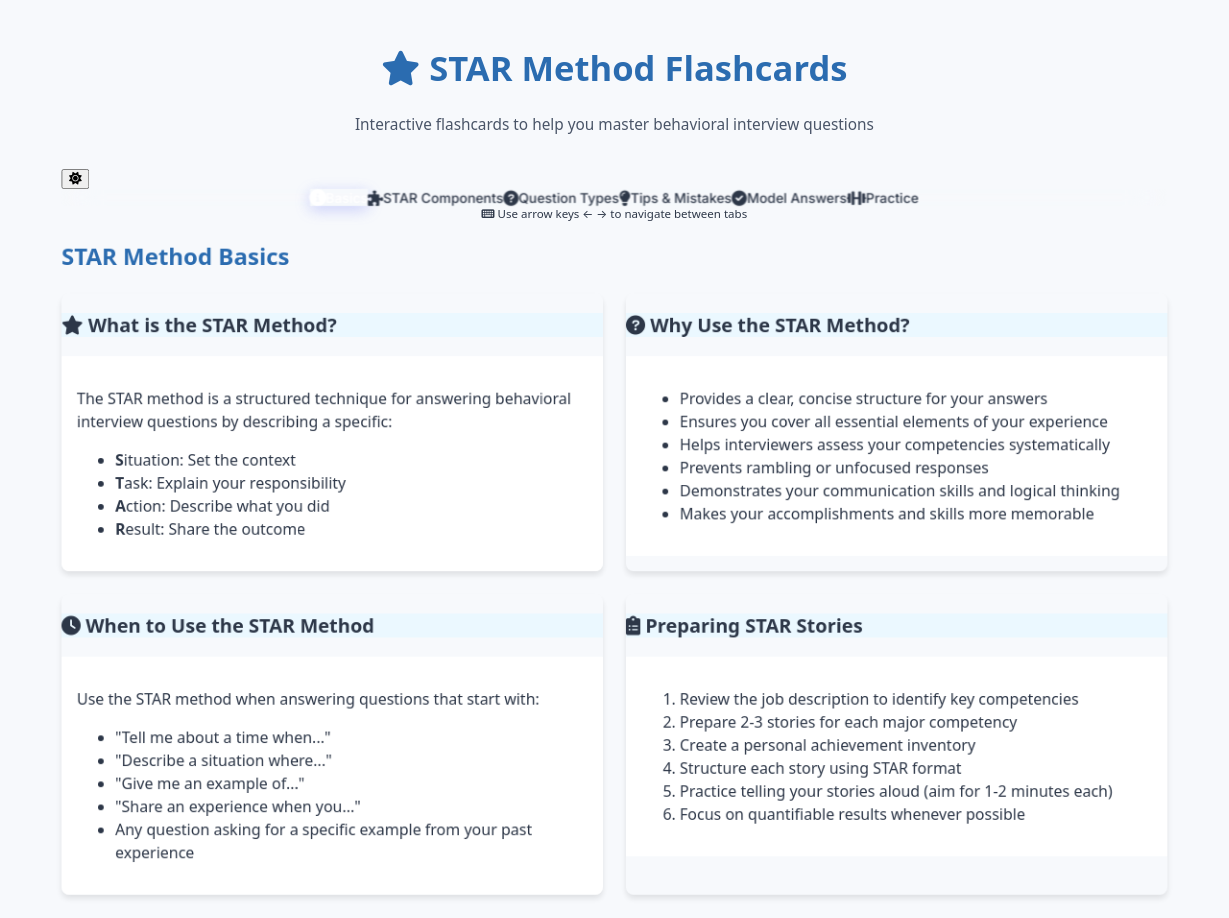
Repository: Clementjatts/star-interview-flashcards
Page: index.html
The author's editor kept a copy of each file at every save. The page is drawn from the files as they stood at one save, then again after the next save.
The browser window is 1280 px wide. The pictures show the whole page, at 96% of full size.

Above is the page before, as saved 2025-05-02 20:51:08.

### index.html
<!DOCTYPE html>
<html lang="en" data-theme="dark">

<head>
    <meta charset="UTF-8">
    <meta name="viewport" content="width=device-width, initial-scale=1.0">
    <meta name="description"
        content="Master the STAR method for behavioral interviews with interactive flashcards, practice questions, and model answers.">
    <meta name="keywords" content="STAR method, behavioral interview, job interview, interview preparation, flashcards">
    <title>STAR Method Flashcards - Master Behavioral Interviews</title>

    <!-- Google Fonts -->
    <link rel="preconnect" href="https://fonts.googleapis.com">
    <link rel="preconnect" href="https://fonts.gstatic.com" crossorigin>
    <link href="https://fonts.googleapis.com/css2?family=Inter:wght@400;500;600;700;800&display=swap" rel="stylesheet">

    <!-- Font Awesome Icons -->
    <link rel="stylesheet" href="https://cdn.jsdelivr.net/npm/@fortawesome/fontawesome-free@6.0.0/css/all.min.css">

    <!-- Styles -->
    <link rel="stylesheet" href="styles/main.css">
</head>

<body>
    <div class="max-w-6xl mx-auto">
        <!-- Header Section -->
        <header class="header-container">
            <h1>
                <i class="fas fa-star" style="color: var(--accent-primary);"></i>
                STAR Method Flashcards
            </h1>
            <p class="intro">Interactive flashcards to help you master behavioral interview questions</p>

            <!-- Theme Toggle -->
            <div class="header-actions">
                <button class="theme-toggle" id="themeToggle" aria-label="Toggle dark/light mode" title="Toggle theme">
                    <i class="fas fa-moon"></i>
                </button>
            </div>
        </header>

        <!-- Progress Bar -->
        <div class="progress-container" role="progressbar" aria-valuenow="1" aria-valuemin="1" aria-valuemax="6">
            <div class="progress-bar" id="progressBar"></div>
        </div>

        <!-- Tab Navigation -->
        <nav class="tab-button-container" role="tablist" aria-label="STAR Method sections">
            <button class="tab-button active" onclick="openTab(event, 'basics')" role="tab" aria-selected="true"
                aria-controls="basics" id="tab-basics">
                <i class="fas fa-info-circle"></i>
                <span>Basics</span>
            </button>
            <button class="tab-button" onclick="openTab(event, 'components')" role="tab" aria-selected="false"
                aria-controls="components" id="tab-components">
                <i class="fas fa-puzzle-piece"></i>
                <span>STAR Components</span>
            </button>
            <button class="tab-button" onclick="openTab(event, 'questions')" role="tab" aria-selected="false"
                aria-controls="questions" id="tab-questions">
                <i class="fas fa-question-circle"></i>
                <span>Question Types</span>
            </button>
            <button class="tab-button" onclick="openTab(event, 'tips')" role="tab" aria-selected="false"
                aria-controls="tips" id="tab-tips">
                <i class="fas fa-lightbulb"></i>
                <span>Tips & Mistakes</span>
            </button>
            <button class="tab-button" onclick="openTab(event, 'examples')" role="tab" aria-selected="false"
                aria-controls="examples" id="tab-examples">
                <i class="fas fa-check-circle"></i>
                <span>Model Answers</span>
            </button>
            <button class="tab-button" onclick="openTab(event, 'practice')" role="tab" aria-selected="false"
                aria-controls="practice" id="tab-practice">
                <i class="fas fa-dumbbell"></i>
                <span>Practice</span>
            </button>
        </nav>

        <p class="keyboard-hint">
            <i class="fas fa-keyboard"></i> Use arrow keys ← → to navigate between tabs
        </p>

        <!-- Tab Content -->
        <main>
            <div id="basics" class="tab-content active" role="tabpanel" aria-labelledby="tab-basics">
                <!-- Content will be loaded from components/basics.html -->
            </div>

            <div id="components" class="tab-content" role="tabpanel" aria-labelledby="tab-components">
                <!-- Content will be loaded from components/components.html -->
            </div>

            <div id="questions" class="tab-content" role="tabpanel" aria-labelledby="tab-questions">
                <!-- Content will be loaded from components/questions.html -->
            </div>

            <div id="tips" class="tab-content" role="tabpanel" aria-labelledby="tab-tips">
                <!-- Content will be loaded from components/tips.html -->
            </div>

            <div id="examples" class="tab-content" role="tabpanel" aria-labelledby="tab-examples">
                <!-- Content will be loaded from components/examples.html -->
            </div>

            <div id="practice" class="tab-content" role="tabpanel" aria-labelledby="tab-practice">
                <!-- Content will be loaded from components/practice.html -->
            </div>
        </main>


    </div>

    <!-- Scripts -->
    <script src="scripts/tabs.js"></script>
    <script src="scripts/cards.js"></script>
    <script src="scripts/practice.js"></script>
    <script src="scripts/app.js"></script>

    <script>
        // Load component HTML files
        document.addEventListener('DOMContentLoaded', function () {
            // Function to load HTML content from component files
            function loadComponent(id, file) {
                const element = document.getElementById(id);
                element.classList.add('loading');

                fetch('components/' + file)
                    .then(response => {
                        if (!response.ok) throw new Error('Network response was not ok');
                        return response.text();
                    })
                    .then(html => {
                        element.innerHTML = html;
                        element.classList.remove('loading');

                        // Initialize practice features if this is the practice tab
                        if (id === 'practice' && typeof initPractice === 'function') {
                            initPractice();
                        }

                        // Initialize flip cards
                        if (typeof initFlipCards === 'function') {
                            initFlipCards(element);
                        }
                    })
                    .catch(error => {
                        console.error('Error loading component:', error);
                        element.classList.remove('loading');
                        element.innerHTML = `
                            <div class="tab-error">
                                <i class="fas fa-exclamation-triangle"></i>
                                <p>Unable to load content. If you opened this file directly, please run a local server.</p>
                                <p style="font-size: 0.875rem; color: var(--text-muted);">
                                    Run: <code style="background: var(--glass-bg); padding: 2px 8px; border-radius: 4px;">npx serve</code> in the project folder
                                </p>
                                <button onclick="location.reload()">
                                    <i class="fas fa-redo"></i> Retry
                                </button>
                            </div>
                        `;
                    });
            }

            // Load all components
            loadComponent('basics', 'basics.html');
            loadComponent('components', 'components.html');
            loadComponent('questions', 'questions.html');
            loadComponent('tips', 'tips.html');
            loadComponent('examples', 'examples.html');
            loadComponent('practice', 'practice.html');

            // Initialize theme
            initTheme();
        });
    </script>
</body>

</html>

### styles/main.css
/* Main CSS file that imports all other CSS files */
@import 'base.css';
@import 'components.css';
@import 'tabs.css';
@import 'print.css';

### styles/base.css
/* Base styles */
body {
    background-color: #f7f9fc;
    font-family: system-ui, -apple-system, BlinkMacSystemFont, "Segoe UI", Roboto, sans-serif;
    color: #2d3748;
    line-height: 1.5;
}

/* Typography */
h1, h2, h3, h4, h5, h6 {
    font-family: system-ui, -apple-system, BlinkMacSystemFont, "Segoe UI", Roboto, sans-serif;
    font-weight: 600;
    line-height: 1.25;
    color: #2d3748;
}

h2.section-title {
    color: #2b6cb0;
    font-size: 1.5rem;
    font-weight: 700;
}

h3 {
    font-size: 1.25rem;
}

p {
    margin-bottom: 0.75rem;
}

strong {
    font-weight: 600;
}

.max-w-6xl {
    max-width: 72rem;
}

.mx-auto {
    margin-left: auto;
    margin-right: auto;
}

h1 {
    font-size: 1.875rem;
    font-weight: bold;
    text-align: center;
    margin-bottom: 1.5rem;
    color: #2b6cb0;
}

p.intro {
    text-align: center;
    margin-bottom: 2rem;
    color: #4a5568;
}

@media (min-width: 768px) {
    body {
        padding: 2rem;
    }

    h1 {
        font-size: 2.25rem;
    }
}

body {
    padding: 1rem;
}

### styles/components.css
/* Card styles */
.card {
    border-radius: 8px;
    box-shadow: 0 4px 6px rgba(0, 0, 0, 0.1);
    transition: transform 0.3s ease, box-shadow 0.3s ease;
    overflow: hidden;
}

.card:hover {
    transform: translateY(-5px);
    box-shadow: 0 10px 15px rgba(0, 0, 0, 0.1);
}

/* Card front/back styles */
.card-front {
    background-color: #ebf4ff;
    border-bottom-width: 1px;
}

.card-back {
    background-color: white;
    padding: 1rem;
}

/* Card front colors */
.card-front.bg-blue-50 {
    background-color: #ebf8ff;
    border-color: #bee3f8;
}

.card-front.bg-green-50 {
    background-color: #f0fff4;
    border-color: #c6f6d5;
}

.card-front.bg-yellow-50 {
    background-color: #fffff0;
    border-color: #fefcbf;
}

.card-front.bg-red-50 {
    background-color: #fff5f5;
    border-color: #fed7d7;
}

.card-front.bg-purple-50 {
    background-color: #faf5ff;
    border-color: #e9d8fd;
}

.card-front.bg-indigo-50 {
    background-color: #ebf4ff;
    border-color: #c3dafe;
}

/* Grid layout for cards */
.grid {
    display: grid;
    gap: 1.5rem;
}

@media (min-width: 768px) {
    .grid {
        grid-template-columns: repeat(2, 1fr);
    }
}

/* Section titles */
.section-title {
    font-size: 1.5rem;
    font-weight: bold;
    margin-bottom: 1.5rem;
    color: #2b6cb0;
}

### styles/print.css
/* Print-specific styles */
@media print {
    .tab-button-container {
        display: none;
    }

    .tab-content {
        display: block !important;
        page-break-inside: avoid;
        margin-bottom: 2rem;
    }

    .section-title {
        margin-top: 2rem;
        margin-bottom: 1rem;
        font-size: 1.5rem;
        font-weight: bold;
        color: #2d3748;
    }

    body {
        background-color: white;
    }
}

### components/basics.html
<h2 class="text-2xl font-bold mb-6 text-blue-800 section-title">STAR Method Basics</h2>
<div class="grid grid-cols-1 md:grid-cols-2 gap-6">
    <!-- Card 1 -->
    <div class="card" tabindex="0" role="button" aria-label="Click to flip card">
        <div class="card-front p-4 bg-blue-50 border-b border-blue-200">
            <h3 class="text-xl font-semibold text-blue-700">
                <i class="fas fa-star" style="color: var(--accent-primary);"></i>
                What is the STAR Method?
            </h3>

        </div>
        <div class="card-back p-4">
            <p>The STAR method is a structured technique for answering behavioral interview questions by describing a
                specific:</p>
            <ul class="list-disc ml-5 mt-2">
                <li><strong style="color: var(--situation-color);">S</strong>ituation: Set the context</li>
                <li><strong style="color: var(--task-color);">T</strong>ask: Explain your responsibility</li>
                <li><strong style="color: var(--action-color);">A</strong>ction: Describe what you did</li>
                <li><strong style="color: var(--result-color);">R</strong>esult: Share the outcome</li>
            </ul>
        </div>
    </div>

    <!-- Card 2 -->
    <div class="card" tabindex="0" role="button" aria-label="Click to flip card">
        <div class="card-front p-4 bg-blue-50 border-b border-blue-200">
            <h3 class="text-xl font-semibold text-blue-700">
                <i class="fas fa-question-circle"></i>
                Why Use the STAR Method?
            </h3>

        </div>
        <div class="card-back p-4">
            <ul class="list-disc ml-5">
                <li>Provides a clear, concise structure for your answers</li>
                <li>Ensures you cover all essential elements of your experience</li>
                <li>Helps interviewers assess your competencies systematically</li>
                <li>Prevents rambling or unfocused responses</li>
                <li>Demonstrates your communication skills and logical thinking</li>
                <li>Makes your accomplishments and skills more memorable</li>
            </ul>
        </div>
    </div>

    <!-- Card 3 -->
    <div class="card" tabindex="0" role="button" aria-label="Click to flip card">
        <div class="card-front p-4 bg-blue-50 border-b border-blue-200">
            <h3 class="text-xl font-semibold text-blue-700">
                <i class="fas fa-clock"></i>
                When to Use the STAR Method
            </h3>

        </div>
        <div class="card-back p-4">
            <p>Use the STAR method when answering questions that start with:</p>
            <ul class="list-disc ml-5 mt-2">
                <li>"Tell me about a time when..."</li>
                <li>"Describe a situation where..."</li>
                <li>"Give me an example of..."</li>
                <li>"Share an experience when you..."</li>
                <li>Any question asking for a specific example from your past experience</li>
            </ul>
        </div>
    </div>

    <!-- Card 4 -->
    <div class="card" tabindex="0" role="button" aria-label="Click to flip card">
        <div class="card-front p-4 bg-blue-50 border-b border-blue-200">
            <h3 class="text-xl font-semibold text-blue-700">
                <i class="fas fa-clipboard-list"></i>
                Preparing STAR Stories
            </h3>

        </div>
        <div class="card-back p-4">
            <ol class="list-decimal ml-5">
                <li>Review the job description to identify key competencies</li>
                <li>Prepare 2-3 stories for each major competency</li>
                <li>Create a personal achievement inventory</li>
                <li>Structure each story using STAR format</li>
                <li>Practice telling your stories aloud (aim for 1-2 minutes each)</li>
                <li>Focus on quantifiable results whenever possible</li>
            </ol>
        </div>
    </div>
</div>

### components/components.html
<h2 class="text-2xl font-bold mb-6 text-blue-800 section-title">STAR Components Breakdown</h2>
<div class="grid grid-cols-1 md:grid-cols-2 gap-6">
    <!-- Situation Card -->
    <div class="card" tabindex="0" role="button" aria-label="Click to flip card">
        <div class="card-front p-4 bg-green-50 border-b border-green-200">
            <h3 class="text-xl font-semibold text-green-700">
                <span style="font-size: 1.5rem; font-weight: 800; color: var(--situation-color);">S</span> - Situation
            </h3>

        </div>
        <div class="card-back p-4">
            <p class="mb-2"><strong>Set the scene and provide context</strong></p>
            <p class="mb-2">Guiding questions:</p>
            <ul class="list-disc ml-5">
                <li>When and where did this take place?</li>
                <li>What was the background or context?</li>
                <li>Who else was involved?</li>
                <li>What were the surrounding circumstances?</li>
            </ul>
            <p class="mt-2 text-sm" style="color: var(--text-muted);">
                <i class="fas fa-lightbulb" style="color: var(--warning);"></i> Keep this brief (1-2 sentences) - just
                enough to understand the context.
            </p>
        </div>
    </div>

    <!-- Task Card -->
    <div class="card" tabindex="0" role="button" aria-label="Click to flip card">
        <div class="card-front p-4 bg-yellow-50 border-b border-yellow-200">
            <h3 class="text-xl font-semibold text-yellow-700">
                <span style="font-size: 1.5rem; font-weight: 800; color: var(--task-color);">T</span> - Task
            </h3>

        </div>
        <div class="card-back p-4">
            <p class="mb-2"><strong>Explain your responsibility or challenge</strong></p>
            <p class="mb-2">Guiding questions:</p>
            <ul class="list-disc ml-5">
                <li>What was your specific role or assignment?</li>
                <li>What was the problem or challenge you faced?</li>
                <li>What goals were you trying to achieve?</li>
                <li>What were the expectations or deadlines?</li>
            </ul>
            <p class="mt-2 text-sm" style="color: var(--text-muted);">
                <i class="fas fa-lightbulb" style="color: var(--warning);"></i> Focus on YOUR task, not the team's
                general objective.
            </p>
        </div>
    </div>

    <!-- Action Card -->
    <div class="card" tabindex="0" role="button" aria-label="Click to flip card">
        <div class="card-front p-4 bg-red-50 border-b border-red-200">
            <h3 class="text-xl font-semibold text-red-700">
                <span style="font-size: 1.5rem; font-weight: 800; color: var(--action-color);">A</span> - Action
            </h3>

        </div>
        <div class="card-back p-4">
            <p class="mb-2"><strong>Describe what YOU did and how you did it</strong></p>
            <p class="mb-2">Guiding questions:</p>
            <ul class="list-disc ml-5">
                <li>What specific steps did you take?</li>
                <li>How did you approach the problem?</li>
                <li>What skills or knowledge did you apply?</li>
                <li>How did you overcome obstacles?</li>
                <li>What made your approach effective?</li>
            </ul>
            <p class="mt-2 text-sm" style="color: var(--text-muted);">
                <i class="fas fa-lightbulb" style="color: var(--warning);"></i> This should be the longest part of your
                answer. Use "I" statements, not "we."
            </p>
        </div>
    </div>

    <!-- Result Card -->
    <div class="card" tabindex="0" role="button" aria-label="Click to flip card">
        <div class="card-front p-4 bg-purple-50 border-b border-purple-200">
            <h3 class="text-xl font-semibold text-purple-700">
                <span style="font-size: 1.5rem; font-weight: 800; color: var(--result-color);">R</span> - Result
            </h3>

        </div>
        <div class="card-back p-4">
            <p class="mb-2"><strong>Share the outcome and what you learned</strong></p>
            <p class="mb-2">Guiding questions:</p>
            <ul class="list-disc ml-5">
                <li>What was the outcome of your actions?</li>
                <li>How did you measure success?</li>
                <li>What did you accomplish or learn?</li>
                <li>How did it benefit your team/company?</li>
                <li>What quantifiable metrics can you share?</li>
            </ul>
            <p class="mt-2 text-sm" style="color: var(--text-muted);">
                <i class="fas fa-lightbulb" style="color: var(--warning);"></i> Include specific numbers/percentages
                whenever possible. Even if the outcome wasn't perfect, share what you learned.
            </p>
        </div>
    </div>
</div>

Loaded but not shown: scripts/practice.js (279 lines, source omitted); scripts/app.js (194 lines, source omitted); scripts/tabs.js (157 lines, source omitted); scripts/cards.js (94 lines, source omitted); components/examples.html (172 lines, source omitted); components/questions.html (140 lines, source omitted); components/practice.html (106 lines, source omitted); components/tips.html (125 lines, source omitted); styles/tabs.css (246 lines, source omitted)

After the next save:
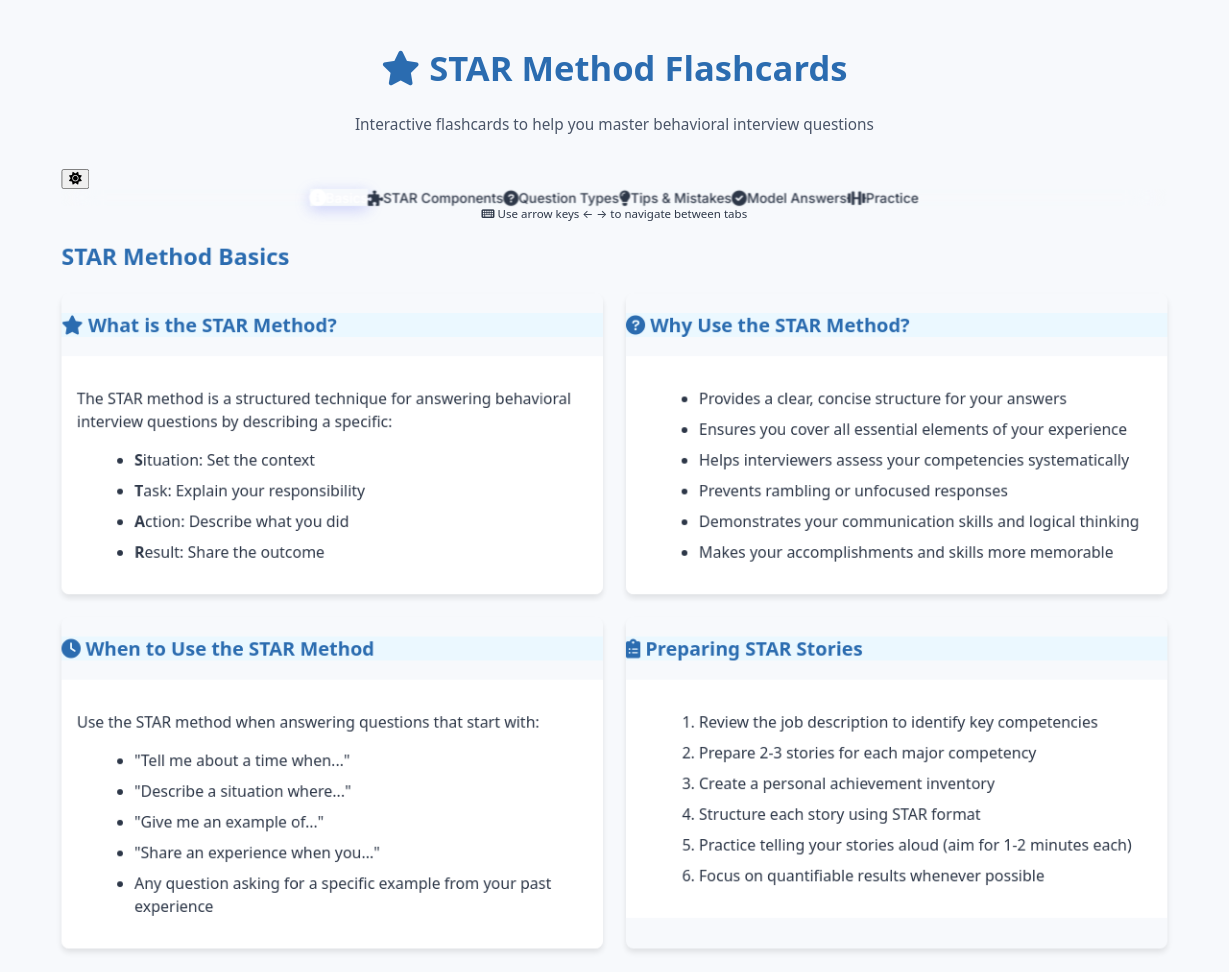
Saved 15 s later.
--- a/styles/components.css
+++ b/styles/components.css
@@ -72,3 +72,39 @@
     margin-bottom: 1.5rem;
     color: #2b6cb0;
 }
+
+/* List styles */
+ul.list-disc {
+    list-style-type: disc;
+    margin-left: 1.25rem;
+    margin-bottom: 1rem;
+}
+
+ul.list-disc li {
+    margin-bottom: 0.5rem;
+}
+
+ol.list-decimal {
+    list-style-type: decimal;
+    margin-left: 1.25rem;
+    margin-bottom: 1rem;
+}
+
+ol.list-decimal li {
+    margin-bottom: 0.5rem;
+}
+
+/* Text colors */
+.text-blue-700 { color: #2b6cb0; }
+.text-green-700 { color: #2f855a; }
+.text-yellow-700 { color: #b7791f; }
+.text-red-700 { color: #c53030; }
+.text-purple-700 { color: #6b46c1; }
+.text-indigo-700 { color: #4c51bf; }
+
+.text-blue-800 { color: #2c5282; }
+.text-green-800 { color: #276749; }
+.text-yellow-800 { color: #975a16; }
+.text-red-800 { color: #9b2c2c; }
+.text-purple-800 { color: #553c9a; }
+.text-indigo-800 { color: #434190; }
